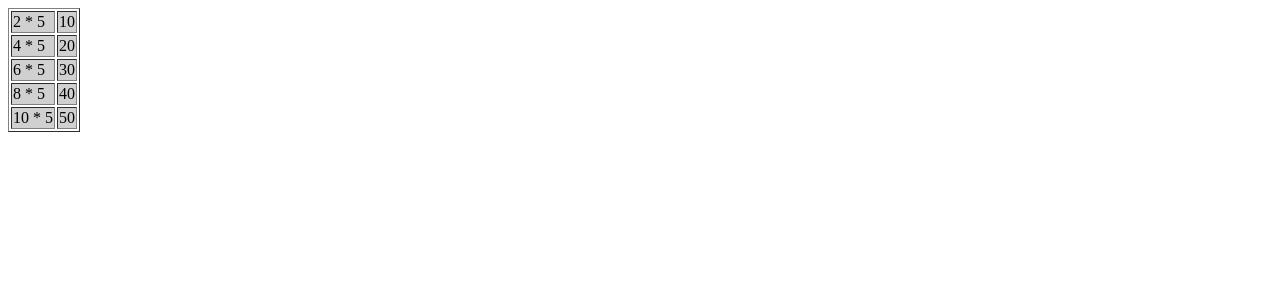
Repository: pedroblanch/ejerciciosPhp2021-2022
Page: http://localhost/tabla_multiplicar_3.php
The author's editor kept a copy of each file at every save. The page is drawn from the files as they stood at one save, then again after the next save.
The browser window is 1280 px wide. The pictures show the whole page.
The page is run by PHP 8.4 with error messages shown; the project is at /var/www/html/.

Above is the page before, as saved 2021-12-17 12:40:06.

### ejerciciosBasicos/tabla_multiplicar_3.php
<table border=1>
<?php
for($i=1;$i<=10;$i++){
  $resultado=$i*5;
  if(($i%2)==0){  //el numero es par
    echo("<tr style='background-color: #d0d0d0'><td>$i * 5</td><td>$resultado</td></tr>");
  }
 }
?>
</table>

After the next save:
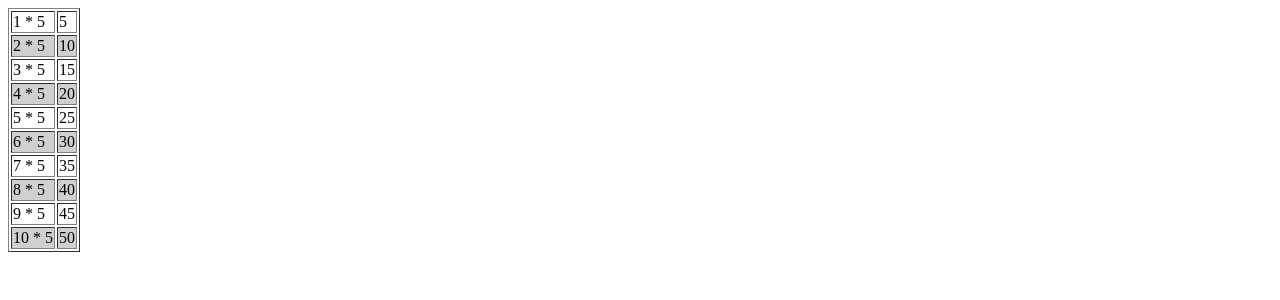
Saved 47 s later.
--- a/ejerciciosBasicos/tabla_multiplicar_3.php
+++ b/ejerciciosBasicos/tabla_multiplicar_3.php
@@ -5,6 +5,9 @@ for($i=1;$i<=10;$i++){
   if(($i%2)==0){  //el numero es par
     echo("<tr style='background-color: #d0d0d0'><td>$i * 5</td><td>$resultado</td></tr>");
   }
+  else{ //el numero es impar
+      echo("<tr><td>$i * 5</td><td>$resultado</td></tr>");
+  }
  }
 ?>
 </table>
